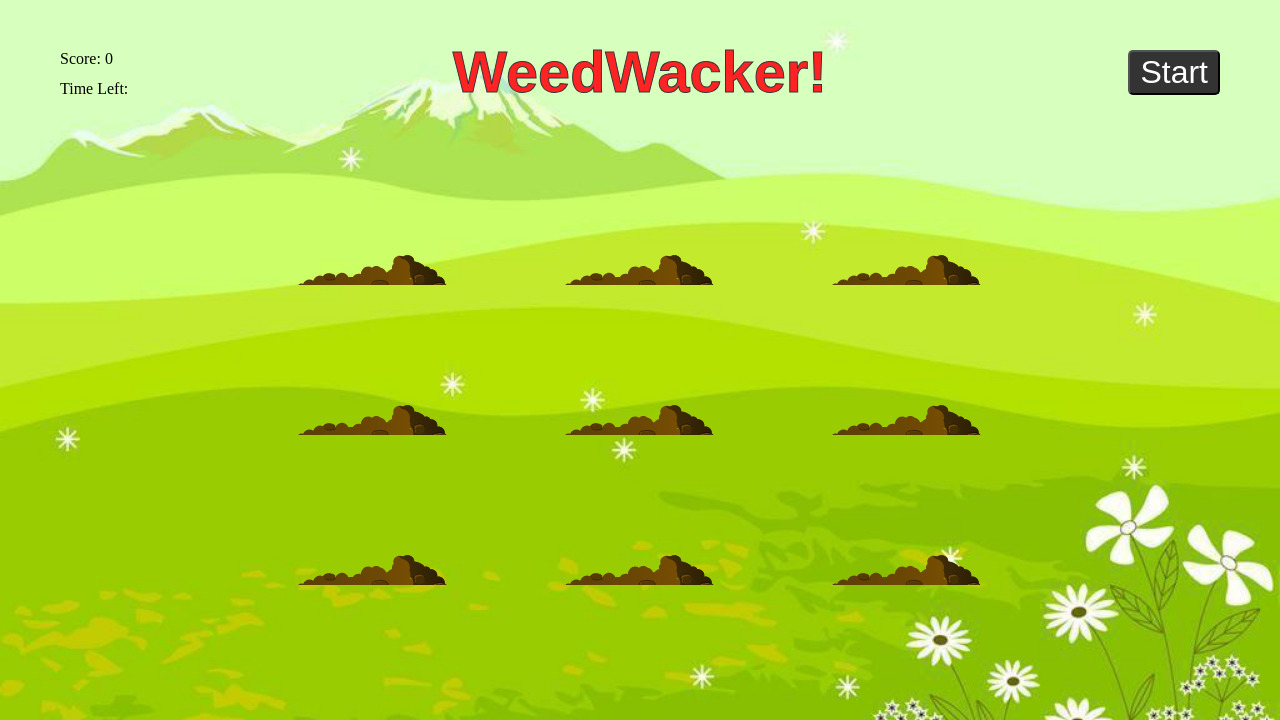
Repository: AustinW24/weedwacker
Page: index.html
These files come from the project's save history. The page is drawn as it stood at one moment and after a run of saves; the edit follows.
The browser window is 1280 px wide. The pictures show the whole page.
Some web fonts or font styles are not loaded; a fallback is used.

Above is the page before, as saved 2022-02-11 09:33:39.

After the next 3 saves:
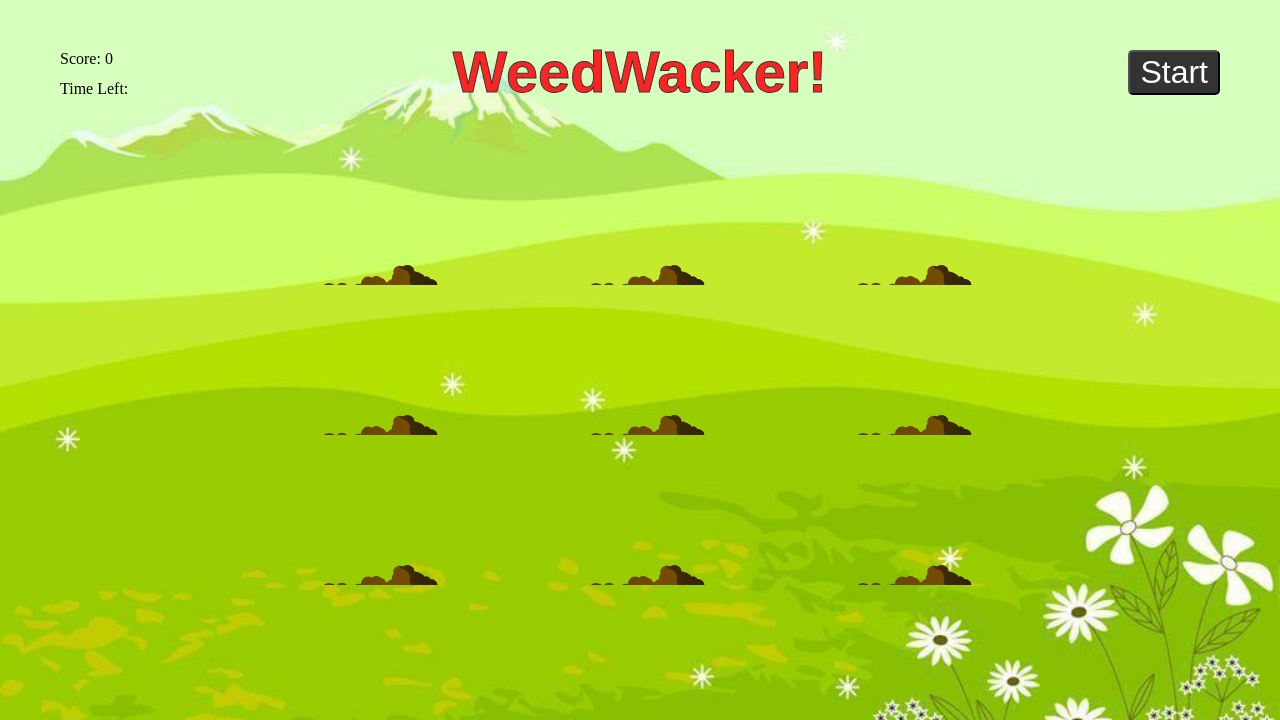
The 3 saves are shown as one change because they came seconds apart.
The last was saved 12 s later.
--- a/style.css
+++ b/style.css
@@ -40,7 +40,7 @@ body {
     position: absolute;
     width: 100%;
     height: 60px;
-    bottom: -30px;
+    bottom: -40px;
 }
 
 .game {
